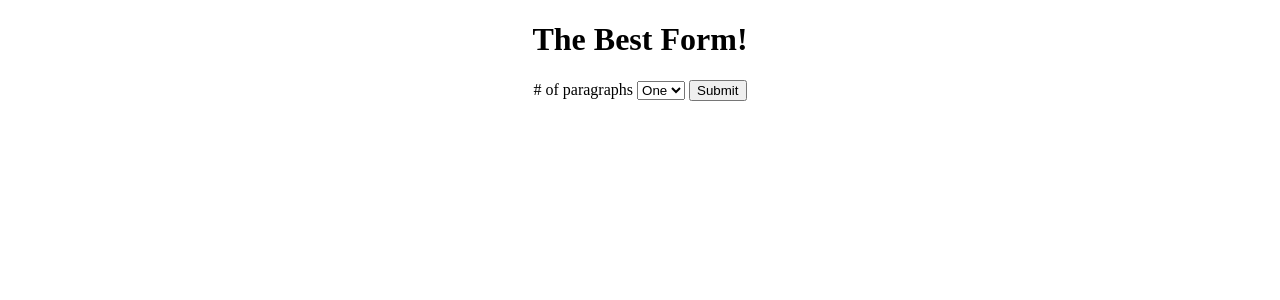
Repository: jedeyejed00/TheGameShaq
Page: ClassWork/Lab4/generatorform.html
The author's editor kept a record of every edit. The page is drawn from the files as they stood at one moment, then again after the next edit.
The browser window is 1280 px wide. The pictures show the whole page.

Above is the page before.

### ClassWork/Lab4/generatorform.html
<!DOCTYPE html>

<html><head>



        <title>Forms</title>

    </head>

    <body><Center>

                <H1>The Best Form!</H1>

                <form action="generator.php" method="POST">

                    <label for ="paragraphs"># of paragraphs</label>
                    <select id ="paragraphs" names ="paragraphs">
                    <option value ="1">One</option>
                     <option value ="1">One</option>
                      <option value ="1">One</option>
                       <option value ="1">One</option>

                    </select>



                    <button> Submit</button>



                    </form>



 </Center>





</body>

    </html>

After the next edit:
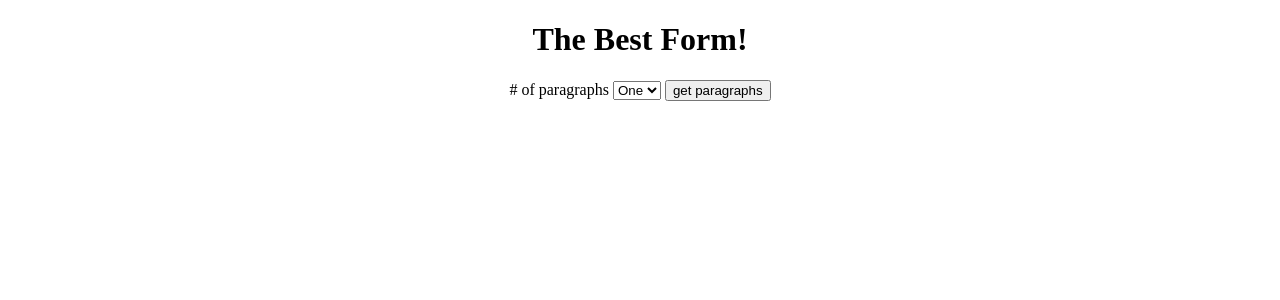
The edit:
--- a/ClassWork/Lab4/generatorform.html
+++ b/ClassWork/Lab4/generatorform.html
@@ -25,7 +25,7 @@
 
 
 
-                    <button> Submit</button>
+                    <button> get paragraphs</button>
 
 
 
